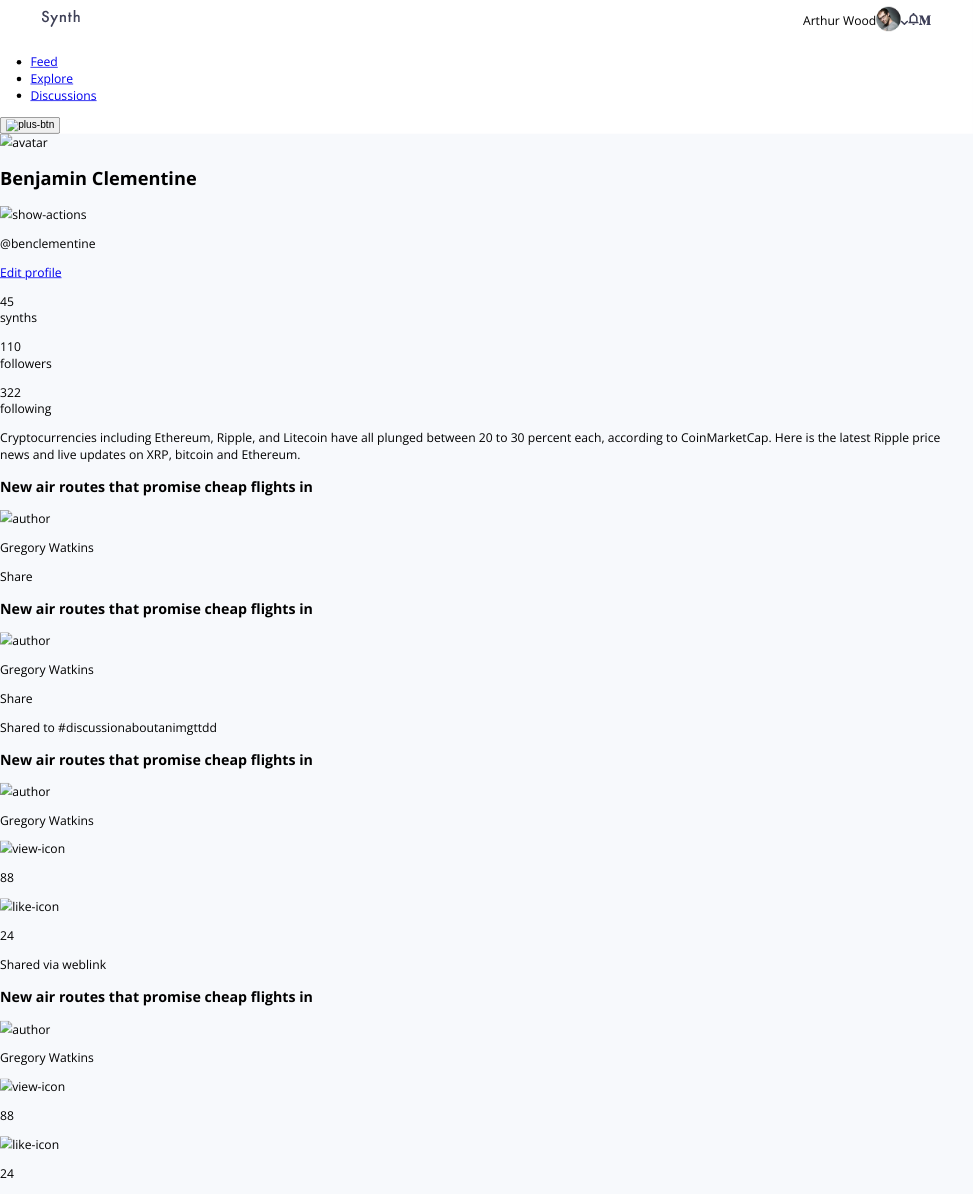
Repository: ecspetra/swivl-test-task
Page: index.html
An editor plug-in stored every save of this project. The page is shown before and after the next save, followed by the edit.
The browser window is 1280 px wide. The pictures show the whole page, at 76% of full size.
The style sheet was rebuilt from its Sass, Less or Tailwind sources for each picture, by a compiler version that may differ from the author's.

Above is the page before, as saved 2021-12-09 21:55:36.

### index.html
<!DOCTYPE html>
<html lang="en">

<head>
    <meta charset="UTF-8">
    <meta http-equiv="X-UA-Compatible" content="IE=edge">
    <meta name="viewport" content="width=device-width, initial-scale=1.0">
    <link rel="stylesheet" href="css/style.css">
    <link rel="preconnect" href="https://fonts.googleapis.com">
    <link rel="preconnect" href="https://fonts.gstatic.com" crossorigin>
    <link
        href="https://fonts.googleapis.com/css2?family=Montserrat:wght@400;600&family=Open+Sans:wght@400;600;700&display=swap"
        rel="stylesheet">
    <title>Synth User Profile</title>
</head>

<body>
    <header>
        <div class="header">
            <div class="header__logo-wrapper">
                <img class="header__logo" src="img/synth-logotype.svg" alt="synth-logotype">
            </div>
            <div class="header__profile">
                <div class="header__user">
                    <p class="header__username">Arthur Wood</p>
                    <div class="header__avatar-wrapper">
                        <img class="header__avatar" src="img/header__avatar.png" alt="avatar">
                    </div>
                    <div class="header__arrow-wrapper">
                        <svg class="header__arrow" width="10" height="6" viewBox="0 0 10 6" fill="none"
                            xmlns="http://www.w3.org/2000/svg">
                            <path d="M1 1L5 5L9 1" stroke="#3E4056" stroke-width="2" stroke-linecap="round"
                                stroke-linejoin="round" />
                        </svg>
                    </div>
                </div>
                <div class="header__icons">
                    <div class="header__icon-wrapper">
                        <svg class="header__share-icon" id="b2f878dd-77d2-4c09-b9a4-707f73bc2f55" data-name="Слой 1"
                            xmlns="http://www.w3.org/2000/svg" viewBox="0 0 16 15.42">
                            <defs>
                                <style>
                                    .bae8df2b-01c6-49e5-bc60-1f7b441e47a7 {
                                        fill: #3e4056;
                                    }
                                </style>
                            </defs>
                            <g id="b9b9b8c9-97a8-42bd-8cda-88f7a0d50de3" data-name="Rectangle 10">
                                <path class="bae8df2b-01c6-49e5-bc60-1f7b441e47a7"
                                    d="M12,15.42H4a3,3,0,0,1-3-3v-6a3,3,0,0,1,3-3h8a3,3,0,0,1,3,3v6A3,3,0,0,1,12,15.42Zm-8-10a1,1,0,0,0-1,1v6a1,1,0,0,0,1,1h8a1,1,0,0,0,1-1v-6a1,1,0,0,0-1-1Z" />
                            </g>
                            <g id="ac1fcabc-fe41-4ad4-8f2c-08a9574db54f" data-name="Oval 6 Copy 3">
                                <path class="bae8df2b-01c6-49e5-bc60-1f7b441e47a7"
                                    d="M5.56,6.07a4.5,4.5,0,0,1-1.48-.24A3.16,3.16,0,0,1,2.34,4.28,2.93,2.93,0,0,1,2.21,2,3,3,0,0,1,6.13.19a4.73,4.73,0,0,1,2,1.52,2.74,2.74,0,0,1,.64,2.64C8.35,5.56,6.89,6.07,5.56,6.07ZM5.05,2a1,1,0,0,0-1,.64.94.94,0,0,0,0,.75A1.09,1.09,0,0,0,4.77,4a2.41,2.41,0,0,0,2.14-.28A1.13,1.13,0,0,0,6.58,3a2.88,2.88,0,0,0-1.13-.88A1.09,1.09,0,0,0,5.05,2Z" />
                            </g>
                            <g id="abe7f8d5-9a70-44fc-800c-0d9336f48a5e" data-name="Oval 6 Copy 4">
                                <path class="bae8df2b-01c6-49e5-bc60-1f7b441e47a7"
                                    d="M10.44,6.07c-1.33,0-2.79-.51-3.23-1.72a2.74,2.74,0,0,1,.64-2.64,4.73,4.73,0,0,1,2-1.52A3,3,0,0,1,13.79,2a3.05,3.05,0,0,1-1.87,3.87A4.5,4.5,0,0,1,10.44,6.07ZM11,2a1.09,1.09,0,0,0-.4.07A2.88,2.88,0,0,0,9.42,3a1.13,1.13,0,0,0-.33.72A2.42,2.42,0,0,0,11.23,4h0a1,1,0,0,0,.68-1.31A1,1,0,0,0,11,2Z" />
                            </g>
                            <g id="ba091cbe-8ec9-403f-a7b6-b61023df330d" data-name="Rectangle 11">
                                <rect class="bae8df2b-01c6-49e5-bc60-1f7b441e47a7" x="7" y="4.42" width="2"
                                    height="10" />
                            </g>
                            <path class="bae8df2b-01c6-49e5-bc60-1f7b441e47a7"
                                d="M14,4.12H2a2,2,0,0,0-2,2v3a1,1,0,0,0,1,1H15a1,1,0,0,0,1-1v-3A2,2,0,0,0,14,4.12Zm0,4.06H2V6.12H14Z" />
                        </svg>
                    </div>
                    <div class="header__icon-wrapper">
                        <svg class="header__notifications-icon" width="14" height="16" viewBox="0 0 14 16" fill="none"
                            xmlns="http://www.w3.org/2000/svg">
                            <mask id="path-1-inside-1_0_47" fill="white">
                                <path fill-rule="evenodd" clip-rule="evenodd"
                                    d="M8.64706 14.4C8.64706 15.28 7.90588 16 7 16C6.09412 16 5.35294 15.28 5.35294 14.4H6.64706H7H7.35294H8.64706ZM7 3.51197L6.2133 3.69304C4.69773 4.04187 3.64706 5.33599 3.64706 6.8V11.2V11.6H11.9644L12.3529 11.2L12.7647 11.6L14 12.8V13.6H13.2229H12H11.9532H2.04679H2H0.777143H0V12.8L1.23529 11.6L1.64706 11.2V6.8C1.64706 4.344 3.40118 2.288 5.76471 1.744V1.2C5.76471 0.536 6.31647 0 7 0C7.68353 0 8.23529 0.536 8.23529 1.2V1.744C10.5988 2.288 12.3529 4.344 12.3529 6.8V11.2H10.3529V6.8C10.3529 5.33599 9.30227 4.04187 7.7867 3.69304L7 3.51197Z" />
                            </mask>
                            <path
                                d="M8.64706 14.4H10.6471V12.4H8.64706V14.4ZM5.35294 14.4V12.4H3.35294V14.4H5.35294ZM6.2133 3.69304L6.6619 5.64208H6.6619L6.2133 3.69304ZM7 3.51197L7.4486 1.56293L7 1.45968L6.5514 1.56293L7 3.51197ZM3.64706 11.6H1.64706V13.6H3.64706V11.6ZM11.9644 11.6V13.6H12.8098L13.3989 12.9936L11.9644 11.6ZM12.7647 11.6L11.3711 13.0346L12.7647 11.6ZM14 12.8H16V11.9545L15.3936 11.3654L14 12.8ZM14 13.6V15.6H16V13.6H14ZM0 13.6H-2V15.6H0V13.6ZM0 12.8L-1.39357 11.3654L-2 11.9545V12.8H0ZM1.23529 11.6L-0.158278 10.1654H-0.158278L1.23529 11.6ZM1.64706 11.2L3.04063 12.6346L3.64706 12.0455V11.2H1.64706ZM5.76471 1.744L6.2133 3.69304L7.76471 3.33596V1.744H5.76471ZM8.23529 1.744H6.23529V3.33596L7.78669 3.69304L8.23529 1.744ZM10.3529 11.2H8.35294V13.2H10.3529V11.2ZM7.7867 3.69304L7.3381 5.64208H7.3381L7.7867 3.69304ZM7 18C8.95541 18 10.6471 16.4388 10.6471 14.4H6.64706C6.64706 14.1212 6.85636 14 7 14V18ZM3.35294 14.4C3.35294 16.4388 5.04459 18 7 18V14C7.14364 14 7.35294 14.1212 7.35294 14.4H3.35294ZM6.64706 12.4H5.35294V16.4H6.64706V12.4ZM7 12.4H6.64706V16.4H7V12.4ZM7.35294 12.4H7V16.4H7.35294V12.4ZM8.64706 12.4H7.35294V16.4H8.64706V12.4ZM6.6619 5.64208L7.4486 5.46101L6.5514 1.56293L5.76471 1.744L6.6619 5.64208ZM5.64706 6.8C5.64706 6.32045 6.00193 5.79398 6.6619 5.64208L5.76471 1.744C3.39352 2.28976 1.64706 4.35153 1.64706 6.8H5.64706ZM5.64706 11.2V6.8H1.64706V11.2H5.64706ZM5.64706 11.6V11.2H1.64706V11.6H5.64706ZM11.9644 9.6H3.64706V13.6H11.9644V9.6ZM10.9184 9.80643L10.5298 10.2064L13.3989 12.9936L13.7875 12.5936L10.9184 9.80643ZM14.1583 10.1654L13.7465 9.76544L10.9594 12.6346L11.3711 13.0346L14.1583 10.1654ZM15.3936 11.3654L14.1583 10.1654L11.3711 13.0346L12.6064 14.2346L15.3936 11.3654ZM16 13.6V12.8H12V13.6H16ZM13.2229 15.6H14V11.6H13.2229V15.6ZM12 15.6H13.2229V11.6H12V15.6ZM11.9532 15.6H12V11.6H11.9532V15.6ZM2.04679 15.6H11.9532V11.6H2.04679V15.6ZM2 15.6H2.04679V11.6H2V15.6ZM0.777143 15.6H2V11.6H0.777143V15.6ZM0 15.6H0.777143V11.6H0V15.6ZM-2 12.8V13.6H2V12.8H-2ZM-0.158278 10.1654L-1.39357 11.3654L1.39357 14.2346L2.62887 13.0346L-0.158278 10.1654ZM0.253487 9.76544L-0.158278 10.1654L2.62887 13.0346L3.04063 12.6346L0.253487 9.76544ZM-0.352941 6.8V11.2H3.64706V6.8H-0.352941ZM5.31611 -0.20504C2.10462 0.534128 -0.352941 3.35201 -0.352941 6.8H3.64706C3.64706 5.33599 4.69773 4.04187 6.2133 3.69304L5.31611 -0.20504ZM3.76471 1.2V1.744H7.76471V1.2H3.76471ZM7 -2C5.26695 -2 3.76471 -0.622824 3.76471 1.2H7.76471C7.76471 1.69482 7.36599 2 7 2V-2ZM10.2353 1.2C10.2353 -0.622824 8.73305 -2 7 -2V2C6.63401 2 6.23529 1.69482 6.23529 1.2H10.2353ZM10.2353 1.744V1.2H6.23529V1.744H10.2353ZM14.3529 6.8C14.3529 3.35201 11.8954 0.534128 8.68389 -0.20504L7.78669 3.69304C9.30227 4.04187 10.3529 5.33599 10.3529 6.8H14.3529ZM14.3529 11.2V6.8H10.3529V11.2H14.3529ZM10.3529 13.2H12.3529V9.2H10.3529V13.2ZM8.35294 6.8V11.2H12.3529V6.8H8.35294ZM7.3381 5.64208C7.99807 5.79398 8.35294 6.32045 8.35294 6.8H12.3529C12.3529 4.35153 10.6065 2.28976 8.23529 1.744L7.3381 5.64208ZM6.5514 5.46101L7.3381 5.64208L8.23529 1.744L7.4486 1.56293L6.5514 5.46101Z"
                                fill="#3E4056" mask="url(#path-1-inside-1_0_47)" />
                        </svg>
                    </div>
                    <div class="header__icon-wrapper">
                        <svg class="header__medium-icon" width="16" height="13" viewBox="0 0 16 13" fill="none"
                            xmlns="http://www.w3.org/2000/svg">
                            <path
                                d="M1.89729 2.65197C1.91717 2.45096 1.84227 2.25228 1.69561 2.11699L0.201681 0.275132V0H4.84034L8.42577 8.04762L11.578 0H16V0.275132L14.7227 1.52851C14.6126 1.61442 14.5579 1.75561 14.5808 1.89536V11.1046C14.5579 11.2444 14.6126 11.3856 14.7227 11.4715L15.9701 12.7249V13H9.69561V12.7249L10.9879 11.4409C11.1148 11.311 11.1148 11.2728 11.1148 11.0741V3.63022L7.52194 12.9694H7.03641L2.85341 3.63022V9.88948C2.81853 10.1526 2.90393 10.4176 3.08497 10.6079L4.76564 12.6943V12.9694H0V12.6943L1.68067 10.6079C1.86039 10.4173 1.94081 10.1506 1.89729 9.88948V2.65197Z"
                                fill="#3E3F58" />
                        </svg>

                    </div>
                </div>
            </div>
        </div>
        <div class="header__navigation-wrapper">
            <nav class="header__navigation">
                <ul>
                    <li><a href="#">Feed</a></li>
                    <li><a href="#">Explore</a></li>
                    <li><a href="#">Discussions</a></li>
                </ul>
            </nav>
        </div>
        <button class="header__btn-wrapper">
            <img class="header__btn" src="" alt="plus-btn">
        </button>
    </header>
    <main>
        <section>
            <div class="profile">
                <div class="profile__user-details">
                    <div class="profile__general">
                        <div class="profile__avatar-wrapper">
                            <img class="profile__avatar" src="" alt="avatar">
                        </div>
                        <div class="profile__name-wrapper">
                            <h2 class="profile__name">Benjamin Clementine</h2>
                            <div class="profile__dots-wrapper">
                                <img class="profile__dots" src="" alt="show-actions">
                            </div>
                        </div>
                        <p class="profile__instagram">@benclementine</p>
                        <a class="profile__edit-btn" href="#">Edit profile</a>
                    </div>
                    <div class="profile__statistics">
                        <p class="profile__synths"><span>45</span><br>synths</p>
                        <p class="profile__followers"><span>110</span><br>followers</p>
                        <p class="profile__following"><span>322</span><br>following</p>
                    </div>
                    <p class="profile__description">Cryptocurrencies including Ethereum, Ripple, and Litecoin have all
                        plunged between 20 to 30 percent each, according to CoinMarketCap. Here is the latest Ripple
                        price news and live updates on XRP, bitcoin and Ethereum.</p>
                </div>

                <div class="profile__switcher"></div>

                <div class="profile__cards-wrapper">
                    <article class="profile-card">
                        <h1 class="profile-card__headline">New air routes that promise cheap flights in</h1>
                        <div class="profile-card__bottom">
                            <div class="profile-card__author-wrapper">
                                <div class="profile-card__author-photo">
                                    <img class="profile-card__author" src="" alt="author">
                                </div>
                                <p class="profile-card__author-name">Gregory Watkins</p>
                            </div>
                            <div class="profile-card__actions-wrapper">
                                <div class="profile-card__share-wrapper">
                                    <p class="profile-card__share-link">Share</p>
                                </div>
                            </div>
                        </div>
                    </article>
                    <article class="profile-card">
                        <h1 class="profile-card__headline">New air routes that promise cheap flights in</h1>
                        <div class="profile-card__bottom">
                            <div class="profile-card__author-wrapper">
                                <div class="profile-card__author-photo">
                                    <img class="profile-card__author" src="" alt="author">
                                </div>
                                <p class="profile-card__author-name">Gregory Watkins</p>
                            </div>
                            <div class="profile-card__actions-wrapper">
                                <div class="profile-card__share-wrapper">
                                    <p class="profile-card__share-link">Share</p>
                                </div>
                            </div>
                        </div>
                    </article>
                    <article class="profile-card">
                        <p class="profile-card__top">Shared to <span>#discussionaboutanimgttdd</span></p>
                        <h1 class="profile-card__headline">New air routes that promise cheap flights in</h1>
                        <div class="profile-card__bottom">
                            <div class="profile-card__author-wrapper">
                                <div class="profile-card__author-photo">
                                    <img class="profile-card__author" src="" alt="author">
                                </div>
                                <p class="profile-card__author-name">Gregory Watkins</p>
                            </div>
                            <div class="profile-card__actions-wrapper">
                                <div class="profile-card__icon-wrapper">
                                    <img class="profile-card__view-icon" src="" alt="view-icon">
                                    <p class="profile-card__icon-counter">88</p>
                                </div>
                                <div class="profile-card__icon-wrapper">
                                    <img class="profile-card__like-icon" src="" alt="like-icon">
                                    <p class="profile-card__icon-counter">24</p>
                                </div>
                            </div>
                        </div>
                    </article>
                    <article class="profile-card">
                        <p class="profile-card__top weblink-shared">Shared via weblink</p>
                        <h1 class="profile-card__headline">New air routes that promise cheap flights in</h1>
                        <div class="profile-card__bottom">
                            <div class="profile-card__author-wrapper">
                                <div class="profile-card__author-photo">
                                    <img class="profile-card__author" src="" alt="author">
                                </div>
                                <p class="profile-card__author-name">Gregory Watkins</p>
                            </div>
                            <div class="profile-card__actions-wrapper">
                                <div class="profile-card__icon-wrapper">
                                    <img class="profile-card__view-icon" src="" alt="view-icon">
                                    <p class="profile-card__icon-counter">88</p>
                                </div>
                                <div class="profile-card__icon-wrapper">
                                    <img class="profile-card__like-icon" src="" alt="like-icon">
                                    <p class="profile-card__icon-counter">24</p>
                                </div>
                            </div>
                        </div>
                    </article>
                </div>
            </div>
        </section>
    </main>

</body>

</html>

### scss/style.scss
$bg-color: #f7f9fc;

body {
  width: 100%;
  height: auto;
  margin: 0;
  padding: 0;
  background-color: $bg-color;
  font-family: "Open Sans", sans-serif;
}

* {
  -webkit-box-sizing: border-box;
  box-sizing: border-box;
}

header {
  width: 100%;
  background-color: #ffffff;
}
main,
section {
  width: 100%;
}
.header {
  max-width: 1218px;
  padding: 0 24px;
  margin: 0 auto;
  display: -webkit-box;
  display: -ms-flexbox;
  display: flex;
  -webkit-box-orient: horizontal;
  -webkit-box-direction: normal;
  -ms-flex-direction: row;
  flex-direction: row;
  -webkit-box-pack: justify;
  -ms-flex-pack: justify;
  justify-content: space-between;
  -webkit-box-align: center;
  -ms-flex-align: center;
  align-items: center;
}
.header__logo-wrapper {
}
.header__logo {
}
.header__profile {
  display: -webkit-box;
  display: -ms-flexbox;
  display: flex;
  -webkit-box-orient: horizontal;
  -webkit-box-direction: normal;
  -ms-flex-direction: row;
  flex-direction: row;
  -webkit-box-pack: end;
  -ms-flex-pack: end;
  justify-content: flex-end;
  -webkit-box-align: center;
  -ms-flex-align: center;
  align-items: center;
}
.header__user,
.header__icons {
  display: -webkit-box;
  display: -ms-flexbox;
  display: flex;
  -webkit-box-orient: horizontal;
  -webkit-box-direction: normal;
  -ms-flex-direction: row;
  flex-direction: row;
  -webkit-box-pack: justify;
  -ms-flex-pack: justify;
  justify-content: space-between;
  -webkit-box-align: center;
  -ms-flex-align: center;
  align-items: center;
}
.header__user {
}
.header__username {
}
.header__avatar-wrapper {
}
.header__avatar {
}
.header__arrow-wrapper {
}
.header__arrow {
}
.header__icons {
}
.header__icon-wrapper {
}
.header__share-icon {
}
.header__notifications-icon {
}
.header__medium-icon {
}
.header__navigation-wrapper {
}
.header__navigation {
}
.header__btn-wrapper {
}
.header__btn {
}
.profile {
}
.profile__user-details {
}
.profile__general {
}
.profile__avatar-wrapper {
}
.profile__avatar {
}
.profile__name-wrapper {
}
.profile__name {
}
.profile__dots-wrapper {
}
.profile__dots {
}
.profile__instagram {
}
.profile__edit-btn {
}
.profile__statistics {
}
.profile__synths {
}
.profile__followers {
}
.profile__following {
}
.profile__description {
}
.profile__switcher {
}
.profile__cards-wrapper {
}
.profile-card {
}
.profile-card__headline {
}
.profile-card__bottom {
}
.profile-card__author-wrapper {
}
.profile-card__author-photo {
}
.profile-card__author {
}
.profile-card__author-name {
}
.profile-card__actions-wrapper {
}
.profile-card__share-wrapper {
}
.profile-card__share-link {
}
.profile-card__top {
}
.profile-card__icon-wrapper {
}
.profile-card__view-icon {
}
.profile-card__icon-counter {
}
.profile-card__like-icon {
}
.weblink-shared {
}

After the next save:
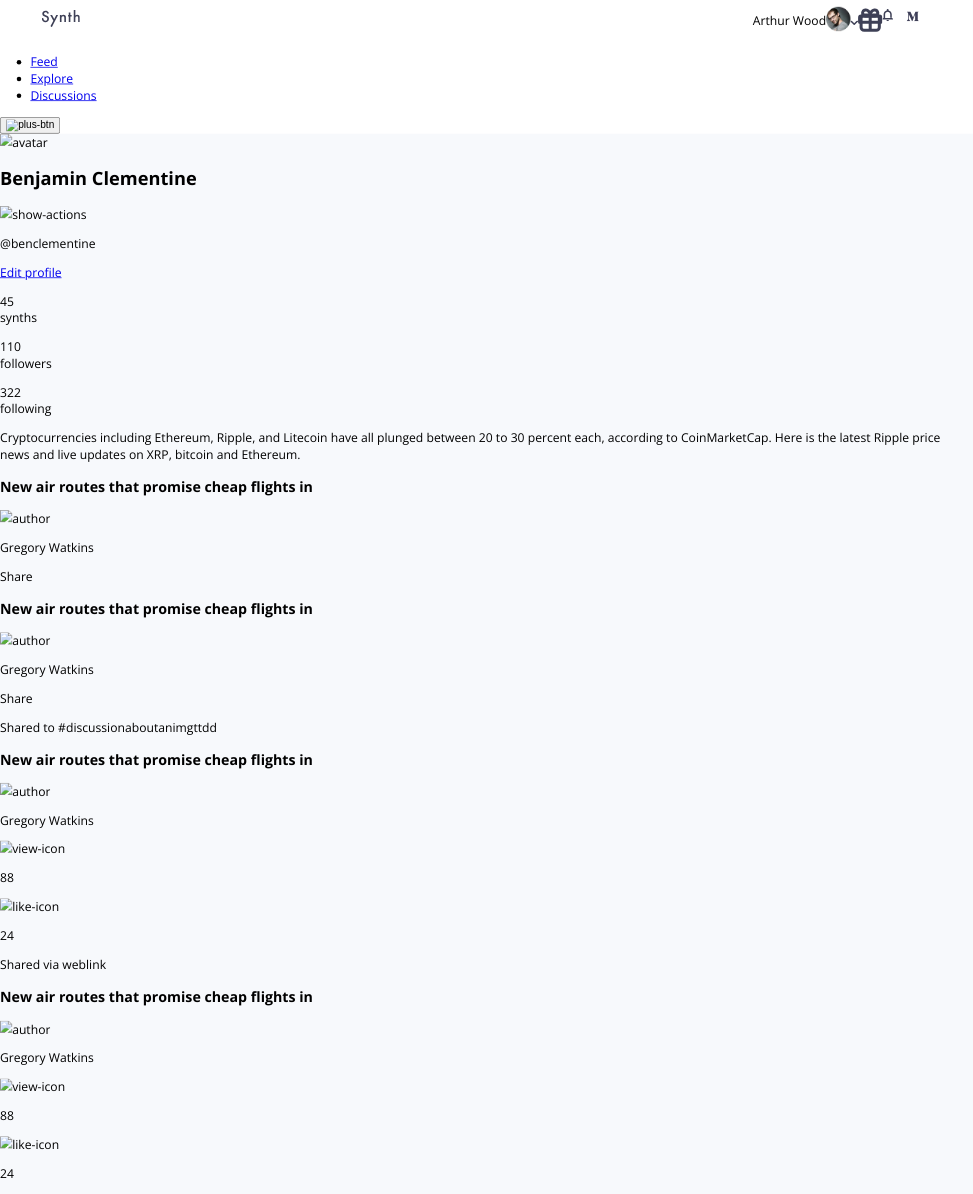
Saved 16 s later.
--- a/scss/style.scss
+++ b/scss/style.scss
@@ -90,6 +90,8 @@ section {
 .header__icons {
 }
 .header__icon-wrapper {
+  width: 32px;
+  height: 32px;
 }
 .header__share-icon {
 }
